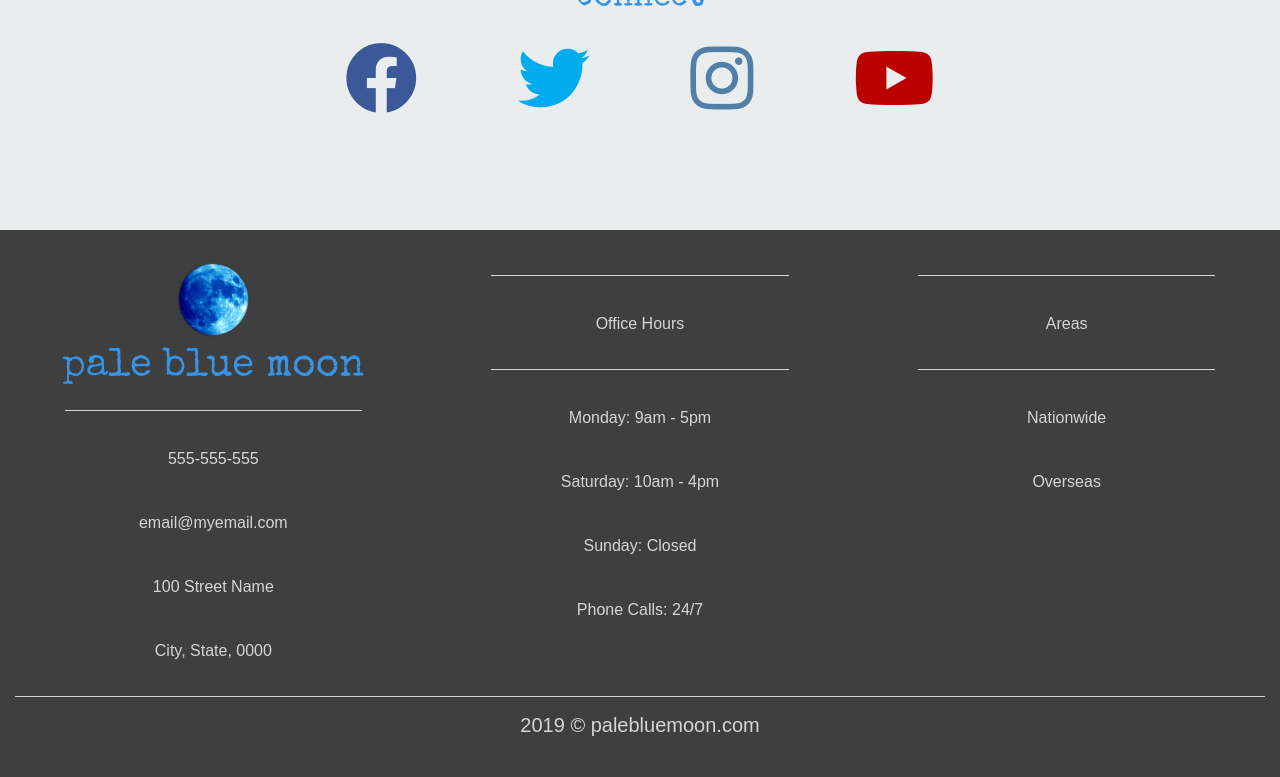
Repository: Skillabill/pale_blue_moon
Page: photos.html
The author's editor kept a record of every edit. The page is drawn from the files as they stood at one moment, then again after the next edit.
The browser window is 1280 px wide. The pictures show the part of the page from y = 1053 to 1830 px (the page is 1830 px tall before and 1702 px after).
A picture or video elsewhere on the page could not be fetched, so the positions and the page height are approximate. Some web fonts or font styles are not loaded; a fallback is used. Some web libraries are served in a nearby version.

Above is the page before.

### photos.html
<!DOCTYPE html>
<html lang="en">

<head>
    <meta charset="UTF-8">
    <meta name="viewport" content="width=device-width, initial-scale=1.0">
    <title>Pale Blue Moon</title>
    <meta http-equiv="X-UA-Compatible" content="ie=edge">
    <link rel="stylesheet" href="https://stackpath.bootstrapcdn.com/bootstrap/4.3.1/css/bootstrap.min.css" integrity="sha384-ggOyR0iXCbMQv3Xipma34MD+dH/1fQ784/j6cY/iJTQUOhcWr7x9JvoRxT2MZw1T" crossorigin="anonymous">
    <script src="https://code.jquery.com/jquery-3.3.1.slim.min.js" integrity="sha384-q8i/X+965DzO0rT7abK41JStQIAqVgRVzpbzo5smXKp4YfRvH+8abtTE1Pi6jizo" crossorigin="anonymous"></script>
    <script src="https://stackpath.bootstrapcdn.com/bootstrap/4.3.1/js/bootstrap.min.js" integrity="sha384-JjSmVgyd0p3pXB1rRibZUAYoIIy6OrQ6VrjIEaFf/nJGzIxFDsf4x0xIM+B07jRM" crossorigin="anonymous"></script>
    <script src="https://cdnjs.cloudflare.com/ajax/libs/popper.js/1.14.7/umd/popper.min.js" integrity="sha384-UO2eT0CpHqdSJQ6hJty5KVphtPhzWj9WO1clHTMGa3JDZwrnQq4sF86dIHNDz0W1" crossorigin="anonymous"></script>
    <link rel="stylesheet" href="https://use.fontawesome.com/releases/v5.8.1/css/all.css" integrity="sha384-50oBUHEmvpQ+1lW4y57PTFmhCaXp0ML5d60M1M7uH2+nqUivzIebhndOJK28anvf" crossorigin="anonymous">
    <link rel="stylesheet" href="https://cdnjs.cloudflare.com/ajax/libs/hover.css/2.3.1/css/hover-min.css" type="text/css" />
    <link rel="stylesheet" href="assets/css/style.css" type="text/css" />
    <link href="https://fonts.googleapis.com/css?family=Special+Elite&display=swap" rel="stylesheet">

</head>

<body>

    <!-- Navigation -->

    <nav class="navbar navbar-expand-md navbar-light bg-dark sticky-top">
        <div class="container-fluid">
            <a class="navbar-brand" href="index.html">
			    <span class="pbm">pale blue moon</span>
			</a>
            <button class="navbar-toggler" type="button" data-toggle="collapse" data-target="#navbarResponsive">
				<span class="navbar-toggler-icon"></span>
			</button>
            <div class="collapse navbar-collapse" id="navbarResponsive">
                <ul class="navbar-nav ml-auto">
                    <li class="nav-item active">
                        <a class="nav-link" href="index.html">Home</a>
                    </li>
                    <li class="nav-item">
                        <a class="nav-link" href="live.html">Live</a>
                    </li>
                    <li class="nav-item">
                        <a class="nav-link" href="bio.html">Bio</a>
                    </li>
                    <li class="nav-item">
                        <a class="nav-link" href="bookings.html">Bookings</a>
                    </li>
                    <li class="nav-item">
                        <button class="nav-link btn-link" data-toggle="modal" data-target="#signUpModal">Sign Up</button>
                    </li>

                </ul>
            </div>
        </div>
    </nav>

    <!-- Main Picture -->

    <div class="col-md-12 main-pic-bg">
        <img class="main-pic" src="assets/images/pbm1.jpeg"></img>
    </div>




    <!-- Connect -->

    <div class="container-fluid padding connect">
        <div class="row text-center padding">
            <div class="col-12">

                <h2>Connect</h2>
            </div>
            <div class="col-12 social padding connect">
                <a href="#"><i class="fab fa-facebook"></i></a>
                <a href="#"><i class="fab fa-twitter"></i></a>
                <a href="#"><i class="fab fa-instagram"></i></a>
                <a href="#"><i class="fab fa-youtube"></i></a>
            </div>
        </div>
    </div>

    <!-- Footer -->

    <footer>
        <div class="container-fluid padding">
            <div class="row text-center">
                <div class="col-md-4">
                    <img src="assets/images/moon.png" height="75px">
                    <div class="pbm">pale blue moon</div>
                    <hr class="light">
                    <p>555-555-555</p>
                    <p>email@myemail.com</p>
                    <p>100 Street Name</p>
                    <p>City, State, 0000</p>
                </div>
                <div class="col-md-4">
                    <hr class="light">
                    <p>Office Hours</p>
                    <hr class="light">
                    <p>Monday: 9am - 5pm</p>
                    <p>Saturday: 10am - 4pm</p>
                    <p>Sunday: Closed</p>
                    <p>Phone Calls: 24/7</p>
                </div>
                <div class="col-md-4">
                    <hr class="light">
                    <p>Areas</p>
                    <hr class="light">
                    <p>Nationwide</p>
                    <p>Overseas</p>
                </div>
                <div class="col-12">
                    <hr class="light-100">
                    <h5>2019 &copy; palebluemoon.com</h5>
                </div>
            </div>
        </div>
    </footer>

    <div class="modal" tabindex="-1" role="dialog" id="signUpModal">
        <div class="modal-dialog" role="document">
            <div class="modal-content">
                <div class="modal-header">
                    <h5 class="modal-title">Sign Up To Our Newsletter</h5>
                    <button type="button" class="close" data-dismiss="modal" aria-label="Close">
          <span aria-hidden="true">&times;</span>
        </button>
                </div>
                <div class="modal-body">
                    <form>
                        <div class="form-group">
                            <label for="exampleInputEmail1">Email address</label>
                            <input type="email" class="form-control" id="exampleInputEmail1" aria-describedby="emailHelp" placeholder="Enter email">
                            <small id="emailHelp" class="form-text text-muted">We'll never share your email with anyone else.</small>
                        </div>
                        <div class="form-group">
                            <label for="password">Password</label>
                            <input type="password" class="form-control" id="password" placeholder="Password">
                        </div>
                        <div class="form-group">
                            <label for="repeatPassword">Repeat Password</label>
                            <input type="password" class="form-control" id="repeatPassword" placeholder="Repeat Password">
                        </div>
                        <button type="submit" class="btn btn-success">Submit</button>
                    </form>
                </div>
            </div>
        </div>
    </div>


    <script src="https://code.jquery.com/jquery-3.3.1.slim.min.js" integrity="sha384-q8i/X+965DzO0rT7abK41JStQIAqVgRVzpbzo5smXKp4YfRvH+8abtTE1Pi6jizo" crossorigin="anonymous"></script>
    <script src="https://cdnjs.cloudflare.com/ajax/libs/popper.js/1.14.7/umd/popper.min.js" integrity="sha384-UO2eT0CpHqdSJQ6hJty5KVphtPhzWj9WO1clHTMGa3JDZwrnQq4sF86dIHNDz0W1" crossorigin="anonymous"></script>
    <script src="https://stackpath.bootstrapcdn.com/bootstrap/4.3.1/js/bootstrap.min.js" integrity="sha384-JjSmVgyd0p3pXB1rRibZUAYoIIy6OrQ6VrjIEaFf/nJGzIxFDsf4x0xIM+B07jRM" crossorigin="anonymous"></script>
</body>

</html>

### assets/css/style.css
@import url('https://fonts.googleapis.com/css?family=font-family:Luckiest Guy:100,200,300,400,500,600,700|Exo:100,200,300,400,500,600,700');

html,
body {
    height: 100%;
    width: 100%;
    font-family: 'Luckiest Guy', sans-serif;
}

.container,
.container-fluid,
.row {
    margin: 0;
    padding: 0;
}

p {
    margin: auto;
    padding: 20px;
}

/*---------------- NAV ------------------*/

.navbar {
    padding: .8rem;
}

.navbar-nav li {
    padding-right: 20px;
}

.nav-link {
    font-size: 1.1em;

}

.btn-link {
    background-color: transparent;
    border: none;
}

.pbm {
    font-family: 'Special Elite', cursive;
    color: #3993E5;
    font-size: 40px;
}

/*------------- MAIN PIC ------------------*/

.main-pic {
    width: 100%;
}

.main-pic-bg {
    background-color: #000;
}

/*-------------Live Page --------------*/

.live-body {
    background-image: url(../images/monkees.jpg);
    background-size: cover;
    background-repeat: no-repeat;

}

.live-shows {
    color: #fff;
    text-align: center;
}

table {
    background-color: rgba(28, 40, 51, 0.5);
    text-align: center;
    margin: auto;
    padding: 10px;
    color: #fff;
}

.table-1,
.table-2 {
    width: 60%;
}

/*--------------Photos ----------------------*/
.table-photos{
    width: 100%;
}
td {
    height: 40px;
    width: 20px;
}

/*------------- SONGS -----------------------*/

.songs {
    background-color: #D5DBDB;
}

controls {
    background-color: #27AE60;
}

/*------------ WEDDINGS ---------------------*/

.wedding-pic {
    height: 100px;
    width: 100px;
}

.wed-rings-img {
    width: 280px;
    height: 199px;
}



.booking-btn {
    margin: auto;
    background-color: #DD340B;
    color: #fff;
    border-radius: 10px;
}

.booking-btn:hover {
    background-color: #fff;
    color: #DD340B;
    transition: .5s;
    border-color: #DD340B;
}

.padding {
    padding-bottom: 2rem;
}

.welcome {
    width: 75% margin: auto;
    padding-top: 2rem;
}

.welcome hr {
    border-top: 2px solid #3993E5;
    width: 95%;
    margin-top: .3rem;
    margin-bottom: 1rem;
}



/*-------------Meet the Band------------------*/

.band-bg {
    background-color: #000;
    color: #3993E5;
    font-family: 'Special Elite', cursive;
}

.band-bg-1 {
    background-color: #000;
    color: #000;
}

/*----------- VIDEO -------------------*/

.video {
    background-color: #000;
    color: #3993E5;
}

h2,
h3 {
    font-family: 'Special Elite', cursive;
    color: #3993E5;
}

/*----------- CONNECT -------------------*/

.social a {
    font-size: 4.5em;
    padding: 3rem;
}

.fa-facebook {
    color: #3b5998;
}

.fa-twitter {
    color: #00aced;
}

.fa-instagram {
    color: #517fa8;
}

.fa-youtube {
    color: #bb0000;
}

.fa-facebook:hover,
.fa-twitter:hover,
.fa-instagram:hover,
.fa-youtube:hover {
    color: #d5d5d5;
}

.connect {
    background-color: #EAEDED;
}

/*------------ FOOTER ------------------*/

footer {
    background-color: #3f3f3f;
    color: #d5d5d5;
    padding-top: 2rem;
}

hr.light {
    border-top: 1px solid #d5d5d5;
    width: 75%;
    margin-top: .8rem;
    margin-bottom: 1rem;
}

hr.light-100 {
    border-top: 1px solid #d5d5d5;
    width: 100%;
    margin-top: .8rem;
    margin-bottom: 1rem;
}

/*-------------LIVE-----------------*/

.live-img {
    margin: 0;
    padding: 0;
    width: 100%;
    height: 100%;
}

/*-----Media Queries ------*/

@media (max-width: 992px) {
    .social a {
        font-size: 4em;
        padding: 2rem;
    }
}

@media (max-width: 768px) {

    .display-4 {
        font-size: 200%;
    }
    .social a {
        font-size: 2.5em;
        padding: 1.2rem;
    }
    .video {
        width: 480px;
    }
}

@media (max-width: 576px) {

    .display-4 {
        font-size: 160%;
    }
    .social a {
        font-size: 2em;
        padding: .7rem;
    }
    .video {
        width: 380px;
    }
}

After the next edit:
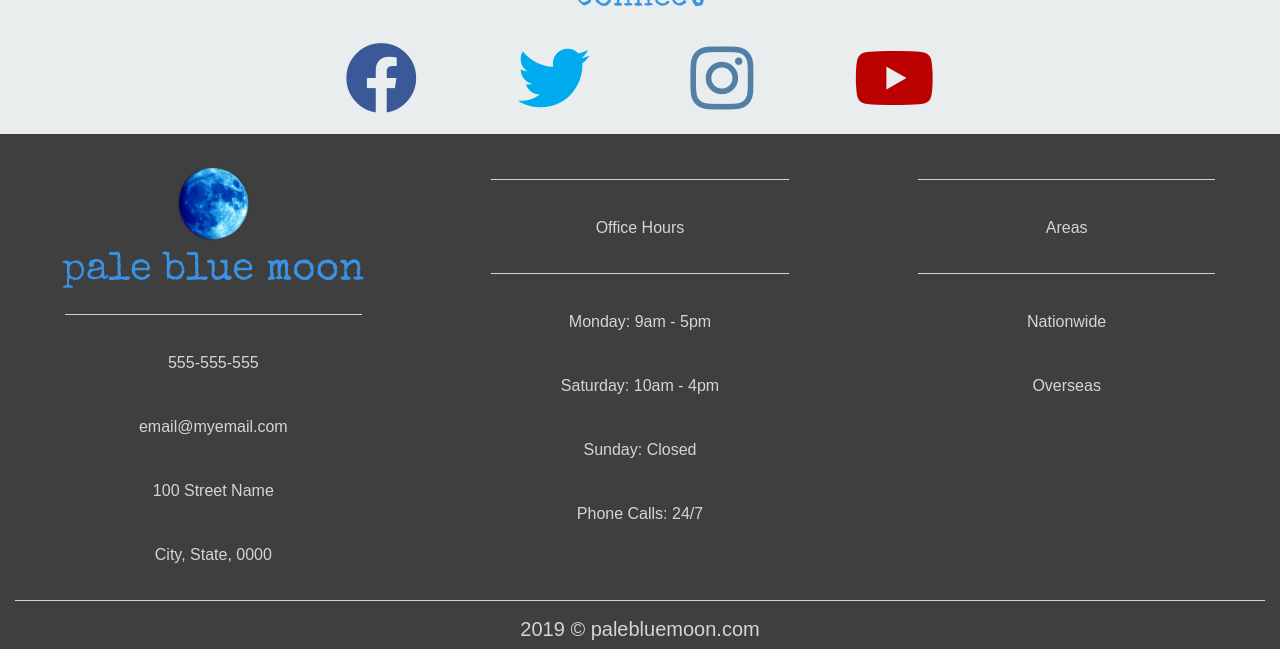
The edit:
--- a/assets/css/style.css
+++ b/assets/css/style.css
@@ -57,30 +57,7 @@
 
 /*-------------Live Page --------------*/
 
-.live-body {
-    background-image: url(../images/monkees.jpg);
-    background-size: cover;
-    background-repeat: no-repeat;
-
-}
-
-.live-shows {
-    color: #fff;
-    text-align: center;
-}
-
-table {
-    background-color: rgba(28, 40, 51, 0.5);
-    text-align: center;
-    margin: auto;
-    padding: 10px;
-    color: #fff;
-}
-
-.table-1,
-.table-2 {
-    width: 60%;
-}
+
 
 /*--------------Photos ----------------------*/
 .table-photos{
@@ -99,50 +76,6 @@
 
 controls {
     background-color: #27AE60;
-}
-
-/*------------ WEDDINGS ---------------------*/
-
-.wedding-pic {
-    height: 100px;
-    width: 100px;
-}
-
-.wed-rings-img {
-    width: 280px;
-    height: 199px;
-}
-
-
-
-.booking-btn {
-    margin: auto;
-    background-color: #DD340B;
-    color: #fff;
-    border-radius: 10px;
-}
-
-.booking-btn:hover {
-    background-color: #fff;
-    color: #DD340B;
-    transition: .5s;
-    border-color: #DD340B;
-}
-
-.padding {
-    padding-bottom: 2rem;
-}
-
-.welcome {
-    width: 75% margin: auto;
-    padding-top: 2rem;
-}
-
-.welcome hr {
-    border-top: 2px solid #3993E5;
-    width: 95%;
-    margin-top: .3rem;
-    margin-bottom: 1rem;
 }
 
 
